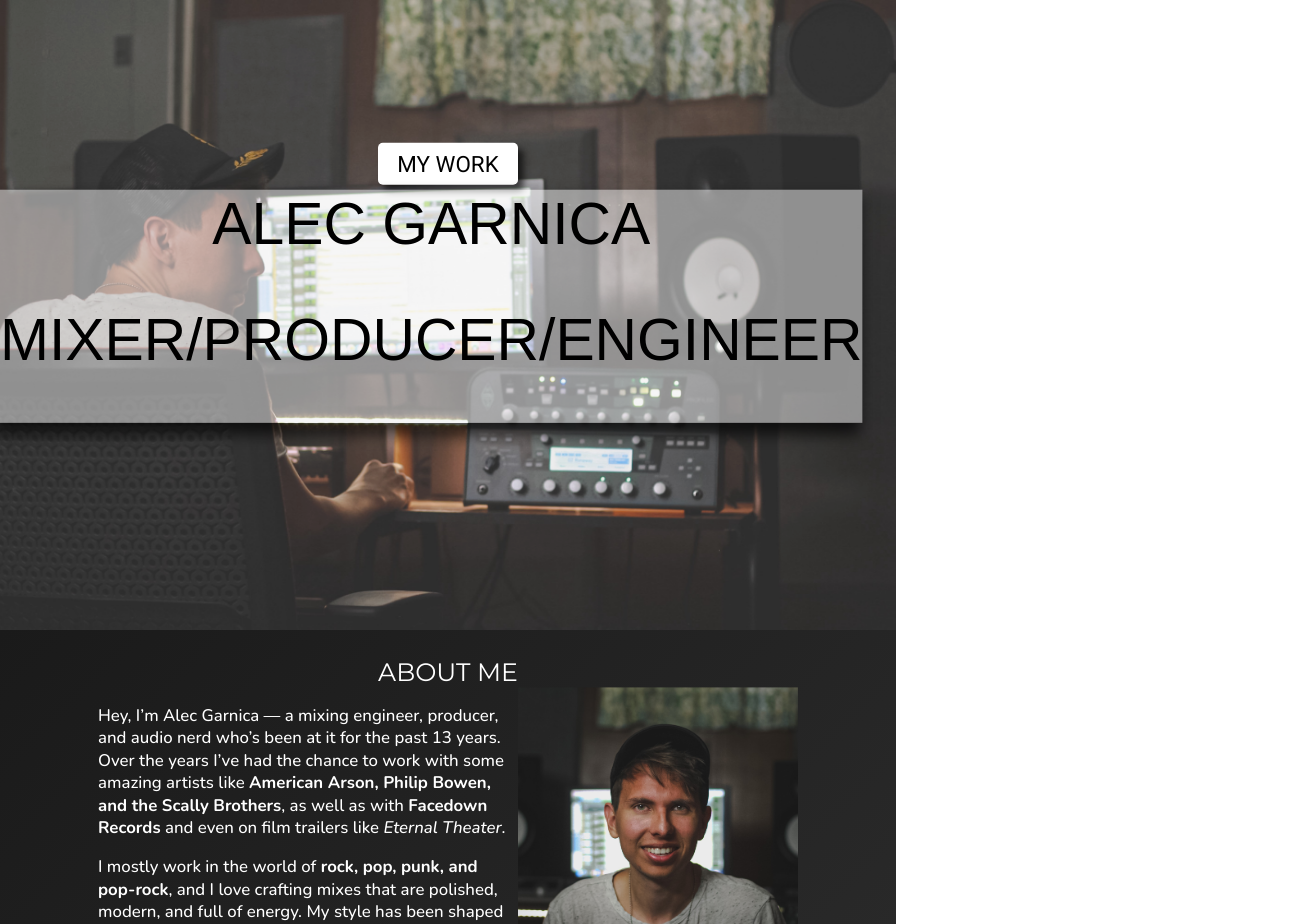
Repository: Aworminator/mixing-portfolio
Page: index.html
An editor plug-in stored every save of this project. The page is shown before and after the next save, followed by the edit.
The browser window is 1280 px wide. The page is 1280 px wide, then 1872 px, so the pictures cover 1872 px, including what lies to the right of the window. The pictures show the part of the page from y = 0 to 1320 px (the page is 6733 px tall), at 70% of full size.
Some web fonts or font styles are not loaded; a fallback is used.

Above is the page before, as saved 2025-09-02 15:07:41.
Console error: ReferenceError: emailjs is not defined

### index.html
<!DOCTYPE html>
<html lang="en">
  <head>
    <meta charset="UTF-8" />
    <meta name="viewport" content="width=device-width, initial-scale=1.0" />
    <title>Mixing Portfolio</title>
    <link rel="preconnect" href="https://fonts.googleapis.com" />
    <link rel="preconnect" href="https://fonts.gstatic.com" crossorigin />
    <link
      href="https://fonts.googleapis.com/css2?family=Gothic+A1:wght@100;200;300;400;500;600;700;800;900&family=Rock+Salt&family=Nunito:ital,wght@0,200..1000;1,200..1000&family=Montserrat:ital,wght@0,100..900;1,100..900&family=Caveat:wght@400..700&display=swap"
      rel="stylesheet"
    />
    <link
      href="https://fonts.googleapis.com/css2?family=Roboto:ital,wght@0,100..900;1,100..900&display=swap"
      rel="stylesheet"
    />
    <link rel="stylesheet" href="styles.css" />
    <link
      rel="stylesheet"
      href="https://cdnjs.cloudflare.com/ajax/libs/font-awesome/6.0.0/css/all.min.css"
      integrity="sha512-9usAa10IRO0HhonpyAIVpjrylPvoDwiPUiKdWk5t3PyolY1cOd4DSE0Ga+ri4AuTroPR5aQvXU9xC6qOPnzFeg=="
      crossorigin="anonymous"
      referrerpolicy="no-referrer"
    />
  </head>
  <body>
    <section class="home-page">
      <div class="container">
        <img
          src="./images/backShot.JPG"
          class="main-pic"
          alt="alecgarnica.com photo"
        />
        <div class="overlay">
          <h1 class="gothic-a1-regular">ALEC GARNICA</h1>
          <h2 class="gothic-a1-regular">MIXER/PRODUCER/ENGINEER</h2>
        </div>
      </div>
      <button class="work-button">MY WORK</button>
    </section>
    <section class="about-me">
      <div class="about-info">
        <h1>ABOUT ME</h1>
        <img src="./images/font-shot.JPG" class="front-shot" alt="" />
        <p>
          Hey, I’m Alec Garnica — a mixing engineer, producer, and audio nerd
          who’s been at it for the past 13 years. Over the years I’ve had the
          chance to work with some amazing artists like
          <strong>American Arson, Philip Bowen, and the Scally Brothers</strong
          >, as well as with <strong>Facedown Records</strong> and even on film
          trailers like <em>Eternal Theater</em>.
        </p>

        <p>
          I mostly work in the world of
          <strong>rock, pop, punk, and pop-rock</strong>, and I love crafting
          mixes that are polished, modern, and full of energy. My style has been
          shaped by learning under some legendary names in the industry like
          <strong>Chris Lord-Alge, Dave Hagen, and Tim Padalin</strong> — so I
          put the same level of care and punch into every project I take on.
        </p>

        <p>
          When I mix, my goal is simple:
          <strong>bring your song to life.</strong> I want it to have feel and
          soul, while still sounding massive and ready to compete in today’s
          music landscape.
        </p>

        <p>
          I work out of my studio just outside of Detroit, but thanks to the
          beauty of the internet, I collaborate with artists all over the world.
          Besides mixing, I also offer
          <strong>editing, backtracking synth production, and re-amping</strong>
          to help you get your songs exactly where you want them.
        </p>

        <p>
          At the end of the day, I’m here to make your music shine. Let’s make
          something incredible together.
        </p>
      </div>
    </section>
    <section class="audio-examples" id="work">
      <div class="audio-header">
        <h1 class="my-work">My Work</h1>
        <h2 class="Selected">(Selected Discography)</h2>
      </div>
      <div class="videos">
        <iframe
          max-width="700"
          max-height="400"
          src="https://www.youtube.com/embed/eqg1Gq4seWM?si=DX9P9PFpzfFowoa7"
          title="YouTube video player"
          frameborder="0"
          allow="accelerometer; autoplay; clipboard-write; encrypted-media; gyroscope; picture-in-picture; web-share"
          referre700licy="strict-origin-when-cross-origin"
          allowfullscreen
          class="video"
        ></iframe>
        <iframe
          max-width="700"
          max-height="400"
          src="https://www.youtube.com/embed/Iz-hEh3Y0hM?si=Wv5LKFF-jRccTdgM&amp;start=48"
          title="YouTube video player"
          frameborder="0"
          allow="accelerometer; autoplay; clipboard-write; encrypted-media; gyroscope; picture-in-picture; web-share"
          referrerpolicy="strict-origin-when-cross-origin"
          allowfullscreen
          class="video"
        ></iframe>
        <iframe
          max-width="700"
          max-height="400"
          src="https://www.youtube.com/embed/VA2vZEjnYfY?si=OQ5lfUXrBXHWdOYN"
          title="YouTube video player"
          frameborder="0"
          allow="accelerometer; autoplay; clipboard-write; encrypted-media; gyroscope; picture-in-picture; web-share"
          referrerpolicy="strict-origin-when-cross-origin"
          allowfullscreen
          class="video"
        ></iframe>
        <iframe
          max-width="700"
          max-height="400"
          src="https://www.youtube.com/embed/L9egLN9AOas?si=VhJ0fQgymm5FhAU1"
          title="YouTube video player"
          frameborder="0"
          allow="accelerometer; autoplay; clipboard-write; encrypted-media; gyroscope; picture-in-picture; web-share"
          referrerpolicy="strict-origin-when-cross-origin"
          allowfullscreen
          class="video"
        ></iframe>
      </div>

      <div class="audio">
        <div id="input"></div>
      </div>
      <a
        href="https://open.spotify.com/playlist/7I4emXAeLMEQLFu5VL2Gmp?si=4582652f148643d4"
        target="_blank"
        rel="noopener noreferrer"
        class="Discography"
      >
        Full Discography
        <img src="./images/spotify-icon.png" class="spotify" alt="Spotify" />
      </a>
    </section>

    <section class="contact">
      <div class="contact-form-container">
        <h1>Contact Me</h1>
        <form class="contact-form" id="contact-form" autocomplete="off">
          <div class="form-group">
            <label for="name">Name*</label>
            <input type="text" id="name" name="name" required />
          </div>
          <div class="form-group">
            <label for="email">Email*</label>
            <input type="email" id="email" name="email" required />
          </div>
          <div class="form-group">
            <label for="message">Message*</label>
            <textarea id="message" name="message" rows="5" required></textarea>
          </div>
          <button type="submit">Send</button>
        </form>
      </div>
    </section>

    <script src="script.js"></script>
    <script src="https://cdn.jsdelivr.net/npm/bootstrap@5.3.0-alpha1/dist/js/bootstrap.bundle.min.js"></script>
    <script
      type="text/javascript"
      src="https://cdn.jsdelivr.net/npm/@emailjs/browser@4/dist/email.min.js"
    ></script>
    <script type="text/javascript">
      (function () {
        emailjs.init({
          publicKey: "Av33DaVyg5wDM5N9s",
        });
      })();

      function sendEmail(event) {
        event.preventDefault();

        const serviceID = "service_x2fv1ji";
        const templateID = "template_xrm7y6m";

        emailjs
          .sendForm(
            serviceID,
            templateID,
            document.getElementById("contact-form")
          )
          .then(
            () => {
              alert("Message sent successfully!");
              document.getElementById("contact-form").reset();
            },
            (error) => {
              alert("Failed to send message. Please try again later.");
              console.error("EmailJS Error:", error);
            }
          );
      }

      document
        .getElementById("contact-form")
        .addEventListener("submit", sendEmail);
    </script>
  </body>
</html>

### styles.css
body,
html {
  margin: 0;
  padding: 0;
}

.rock-salt-regular {
  font-family: "Rock Salt", cursive;
  font-weight: 400;
  font-style: normal;
}

.gothic-a1-regular {
  font-family: "Gothic A1", sans-serif;
  font-weight: 500;
  font-style: normal;
}

p {
  font-family: "Nunito", sans-serif;
  font-optical-sizing: auto;
  font-weight: 500;
  font-style: normal;
}

h1,
h2,
h3 {
  font-family: "Montserrat", sans-serif;
  font-optical-sizing: auto;
  font-weight: 400;
  font-style: normal;
}

h3 {
  opacity: 80%;
}

.container {
  position: relative;
  display: inline-block;
  width: 100%;
}

.main-pic {
  /* position: absolute; */
  max-height: 900px;
  width: 100%;
  margin: 0 auto;
  object-fit: cover;
  height: 900px;
  z-index: -1;
  opacity: 90%;
}

.overlay {
  position: absolute;
  bottom: 300px;
  z-index: 1;
  font-size: 3.5em;
  text-align: center;
  background-color: rgba(255, 255, 255, 0.467);
  box-shadow: -8px 14px 20px 4px rgb(0 0 0 / 69%);
}

.home-page {
  max-height: 900px;
}

.about-me {
  position: relative;
  max-height: 900px;
  background: linear-gradient(135deg, #1a1a1a 0%, #2d2d2d 100%);
  margin: 0 auto;
  padding-top: 3%;
}

.about-info {
  color: white;
  font-size: 1.5em;
  width: 1000px;
  margin: 0 auto;
  padding-bottom: 50px;
}

.videos {
  margin: 0 auto;
  font-size: 2em;
  display: flex;
  flex-direction: row;
  flex-wrap: wrap;
  gap: 40px;
  justify-content: center;
}

.my-work {
  font-size: 3em;
  text-align: center;
}

.Selected {
  text-align: center;
  opacity: 70%;
  position: relative;
  bottom: 15px;
}

.front-shot {
  float: right;
  height: 400px;
  width: 400px;
  object-fit: cover;
  aspect-ratio: 1 / 1;
}

.work-button {
  position: relative;
  bottom: 700px;
  display: flex;
  justify-content: center;
  align-items: center;
  text-align: center;
  font-size: 2em;
  background-color: rgb(255, 255, 255);
  width: 200px;
  height: 60px;
  border-radius: 7px;
  margin: 0 auto;
  box-shadow: 8px 9px 10px rgb(0 0 0 / 65%);
  font-family: "Roboto", sans-serif;
  font-optical-sizing: auto;
  font-weight: 400;
  font-style: normal;
  font-variation-settings: "wdth" 100;
  border: none;
  cursor: pointer;
  color: inherit;
}

.work-button:hover {
  transform: scale(1.1);
}

.work-button:active {
  transform: scale(0.9);
}

.card {
  height: 500px;
  width: 300px;
  border: 2px solid black;
  background-color: rgb(255, 255, 255);
  background: url("https://www.patternpictures.com/wp-content/uploads/Crumpled-white-paper-texture-background.jpg");
  background-color: rgba(255, 255, 255, 0.775);
  background-blend-mode: lighten;
  box-shadow: 5px 10px 20px 0 rgba(0, 0, 0, 0.535);
  border-radius: 10px;
  margin: 90px;
  display: flex;
  flex-direction: column;
  justify-content: flex-start;
  align-items: center;
  flex-wrap: wrap;
  z-index: 1;
}

h1 {
  text-align: center;
  margin: 0 auto;
}

h4 {
  font-family: "Caveat";
  font-optical-sizing: auto;
  font-weight: 400;
  font-style: normal;
  text-shadow: 2px 5px 6px rgba(0, 0, 0, 0.18);
}

#input {
  display: flex;
  justify-content: center;
  flex-direction: column;
  flex-wrap: wrap;
}

.audio {
  display: flex;
  flex-direction: column;
  justify-content: flex-start;
  margin-top: 50px;
}

.album-artwork {
  height: 300px;
  width: 300px;
  border-radius: 10px 10px 0 0;
  position: relative;
}

.card-info {
  display: flex;
  flex-direction: row;
  justify-content: space-around;
  width: 200px;
  margin-top: 10px;
  margin-bottom: 0;
  position: relative;
}

.band-info {
  border-radius: 10px;
  padding: 5px 10px;
  height: 100px;
  width: 200px;
  display: flex;
  flex-direction: column;
  align-items: flex-start;
  font-size: 0.9em;
  text-align: left;
}

.album-title {
  position: relative;
  bottom: 15px;
}

.link {
  text-decoration: none;
  color: black;
}

.link:hover {
  text-decoration: underline;
  transform: scale(1.05);
}

@keyframes move-words {
  0% {
    left: 100%;
  }
  100% {
    left: -100%;
  }
}

.fa-pause,
.fa-play {
  font-size: 2em;
  position: relative;
  right: 12px;
}

.fa-play:active {
  font-size: 2em;
  position: relative;
  transform: scale(0.8);
}

.player {
  display: flex;
  flex-direction: row;
  align-items: center;
  justify-content: center;
  padding: 10px 0 0 0;
  margin-bottom: 25px;
}

.progress-bar {
  background-color: white;
  border-radius: 40px;
  color: black;
  width: 150px;
  height: 12px;
  border: 1px solid rgb(221, 144, 99);
}

.progress {
  background-color: rgb(244, 164, 117);
  border-radius: 40px;
  height: 100%;
  width: 0%;
}

/* Contact Section Styles */
.contact {
  background: linear-gradient(135deg, #1a1a1a 0%, #2d2d2d 100%);
  padding: 80px 20px;
  min-height: 600px;
  display: flex;
  align-items: center;
  justify-content: center;
}

.contact-form-container {
  background: rgba(255, 255, 255, 0.95);
  border-radius: 15px;
  padding: 50px 40px;
  box-shadow: 0 20px 40px rgba(0, 0, 0, 0.3);
  max-width: 600px;
  width: 100%;
  backdrop-filter: blur(10px);
  border: 1px solid rgba(255, 255, 255, 0.2);
}

.contact-form-container h1 {
  color: #2d2d2d;
  font-size: 2.5em;
  text-align: center;
  margin-bottom: 40px;
  font-weight: 700;
  letter-spacing: 1px;
}

.contact-form {
  display: flex;
  flex-direction: column;
  gap: 25px;
}

.form-group {
  display: flex;
  flex-direction: column;
  gap: 8px;
}

.form-group label {
  font-family: "Montserrat", sans-serif;
  font-weight: 600;
  color: #333;
  font-size: 1.1em;
  letter-spacing: 0.5px;
}

.form-group input,
.form-group textarea {
  padding: 15px 20px;
  border: 2px solid #e0e0e0;
  border-radius: 10px;
  font-family: "Nunito", sans-serif;
  font-size: 1em;
  background: #fafafa;
  transition: all 0.3s ease;
  outline: none;
}

.form-group input:focus,
.form-group textarea:focus {
  border-color: #4a90e2;
  background: white;
  box-shadow: 0 0 0 3px rgba(74, 144, 226, 0.1);
  transform: translateY(-2px);
}

.form-group textarea {
  resize: vertical;
  min-height: 120px;
  font-family: "Nunito", sans-serif;
}

.contact-form button {
  background: linear-gradient(135deg, #4a90e2 0%, #357abd 100%);
  color: white;
  border: none;
  padding: 18px 30px;
  border-radius: 10px;
  font-family: "Montserrat", sans-serif;
  font-size: 1.2em;
  font-weight: 600;
  cursor: pointer;
  transition: all 0.3s ease;
  margin-top: 15px;
  letter-spacing: 1px;
  text-transform: uppercase;
}

.contact-form button:hover {
  transform: translateY(-3px);
  box-shadow: 0 10px 25px rgba(74, 144, 226, 0.4);
  background: linear-gradient(135deg, #357abd 0%, #2968a3 100%);
}

.contact-form button:active {
  transform: translateY(-1px);
  box-shadow: 0 5px 15px rgba(74, 144, 226, 0.3);
}

/* Discography Button Styles (matching send button) */
.Discography {
  background-color: black;
  color: white;
  border: none;
  padding: 18px 30px;
  border-radius: 10px;
  font-family: "Montserrat", sans-serif;
  font-size: 1.2em;
  font-weight: 600;
  cursor: pointer;
  transition: all 0.3s ease;
  margin: 30px auto;
  letter-spacing: 1px;
  text-transform: uppercase;
  display: flex;
  align-items: center;
  justify-content: center;
  gap: 10px;
  text-decoration: none;
  width: fit-content;
}

.Discography:hover {
  transform: translateY(-3px);
  box-shadow: 0 10px 25px rgba(74, 144, 226, 0.4);
  background: linear-gradient(135deg, #357abd 0%, #2968a3 100%);
  color: white;
}

.Discography:active {
  transform: translateY(-1px);
  box-shadow: 0 5px 15px rgba(74, 144, 226, 0.3);
}

.spotify {
  height: 50px;
  width: 50px;
  margin-left: 15px;
}

/* Responsive Design for Contact Form */
@media screen and (max-width: 768px) {
  .main-pic {
    width: 100%;
    margin: 0 auto;
    object-fit: cover;
    height: 400px;
    z-index: -1;
    opacity: 90%;
  }

  .overlay {
    bottom: 250px;
    font-size: 0.9em;
    padding: 0 7px;
    margin: 0 auto;
  }

  .work-button {
    position: relative;
    bottom: 200px;
    display: flex;
    justify-content: center;
    align-items: center;
    text-align: center;
    font-size: 1em;
    background-color: rgb(255, 255, 255);
    width: 100px;
    height: 30px;
  }

  .about-me {
    min-height: 1100px;
    background: linear-gradient(135deg, #1a1a1a 0%, #2d2d2d 100%);
    margin: 0 auto;
    padding-top: 3%;
  }

  .about-info {
    color: white;
    border: 2px solid rgba(255, 255, 255, 0.473);
    font-size: 1.1em;
    width: 90%;
    margin: 0 auto;
    padding: 10px;
  }

  .front-shot {
    height: 175px;
    width: 175px;
  }

  .audio-header {
    font-size: 0.8em;
    margin-top: 20px;
  }

  .card {
    height: 500px;
    width: 300px;
  }

  .contact {
    padding: 60px 15px;
  }

  .contact-form-container {
    padding: 40px 25px;
    margin: 0 10px;
  }

  .contact-form-container h1 {
    font-size: 2em;
    margin-bottom: 30px;
  }

  .form-group input,
  .form-group textarea {
    padding: 12px 15px;
  }

  .contact-form button {
    padding: 15px 25px;
    font-size: 1.1em;
  }
}

@media screen and (min-width: 768px) {
  #input {
    display: flex;
    flex-direction: row;
    justify-content: space-around;
  }

  .videos {
    display: flex;
    flex-direction: row;
    justify-content: center;
    flex-wrap: wrap;
  }

  .video {
    height: 400px;
    width: 700px;
  }
}

### script.js
let songs = [
  {
    albumArt:
      "https://facedownrecords.com/wp-content/uploads/2023/09/FCD195-3000.jpg",
    artist: "American Arson",
    song: "The Heat |: Run",
    name: "Run - American Arson.wav",
    artistLink:
      "https://open.spotify.com/artist/7cl9j0U54gBxbcGO7zXXs2?si=Y8YFn_WdRy2WaXkD7kTK9A",
    songLink:
      "https://open.spotify.com/track/4LscxvJWC9iHOBJmns7oVh?si=cf5a5d8cefe242de",
  },
  {
    albumArt:
      "https://i.scdn.co/image/ab67616d0000b27369a57afe6b668fe34d4e9914",
    artist: "Philip Bowen",
    song: "Better Way",
    name: "Fireflies - Camino Kid.wav",
    artistLink:
      "https://open.spotify.com/artist/3Mm4P393IFVqIQDmL691G9?si=A1uk_0hjSPOLajqtXdFjjQ",
    songLink:
      "https://open.spotify.com/track/2iAruT7aaz0of7HgP6AXJ5?si=48f3d1c8590f4527",
  },
  {
    albumArt:
      "https://i.scdn.co/image/ab67616d00001e02c0d49229ee1521c01ba40c3e",
    artist: "Chery Blossom Club",
    song: "Astray",
    name: "All Is Well - Jared Withrow.wav",
    artistLink:
      "https://open.spotify.com/artist/7LDoytlH8MNe9zu2VIu5uB?si=W9AvoN22T46V6yPUWuvBdA",
    songLink:
      "https://open.spotify.com/track/77lonoP2aKYjy99jGNJf3r?si=8c8acfcdc6ff47a3",
  },
  {
    albumArt:
      "https://i.scdn.co/image/ab67616d00001e02066f1a88ce4c1492f016dc33",
    artist: "Jared Withrow",
    song: "All Is Well",
    name: "All Is Well - Jared Withrow.wav",
    artistLink:
      "https://open.spotify.com/artist/5HWM1z6NnHcvOnUeLcCAKn?si=47omOcpARfSCEVpzm1sS9w",
    songLink:
      "https://open.spotify.com/track/60aH38LMrZZam1xIewtDBR?si=670e49b3f44149bb",
  },
  {
    albumArt: "./images/albums/caminoKid.jpg",
    artist: "Camino Kid",
    song: "Fireflies(Cover)",
    name: "Fireflies - Camino Kid.wav",
    artistLink:
      "https://open.spotify.com/artist/5Dm6l5ypjnBRX4r3o2vzkZ?si=yQY43V2TQ06EWhuZaBigIg",
    songLink:
      "https://open.spotify.com/track/2ckxbqWp45dph2w9lZHEuz?si=ac1ee9025897455e",
  },
  {
    albumArt:
      "https://www.shazam.com/mkimage/image/thumb/Music122/v4/09/7e/41/097e41aa-4970-2849-a3a6-7e0279f900af/artwork.jpg/375x375bb.webp",
    artist: "The Scally Brothers",
    song: "Lion and the Lamb",
    name: "Fireflies - Camino Kid.wav",
    artistLink:
      "https://open.spotify.com/artist/1zxZJBr1JIL8X4zDvpkFos?si=ZAqeO_ZFRFWOyXo424s7Ng",
    songLink:
      "https://open.spotify.com/track/74FoVUSj3mCoDl6XZTojDW?si=b75b83345caf4865",
  },
];

let input = document.querySelector("#input");

function updateProgress(e, songName) {
  let { currentTime, duration } = e.srcElement;
  const progressPercentage = (currentTime / duration) * 100;
  document.getElementById(
    `progress-${songName}`
  ).style.width = `${progressPercentage}%`;

  const playBtn = document.getElementById(`playBtn-${songName}`);
  if (currentTime === duration) {
    playBtn.classList.add("fa-play");
    playBtn.classList.remove("fa-pause");
  } else {
    playBtn.classList.add("fa-pause");
    playBtn.classList.remove("fa-play");
  }
}

function setProgress(e, songName) {
  const width = e.currentTarget.clientWidth;
  const clickX = e.offsetX;
  const audio = document.getElementById(`audio-${songName}`);
  const duration = audio.duration;

  audio.currentTime = (clickX / width) * duration;
}

function playAudio(songName) {
  const audio = document.getElementById(`audio-${songName}`);
  audio.play();
}

function pauseAudio(songName) {
  const audio = document.getElementById(`audio-${songName}`);
  audio.pause();
}

songs.forEach((song) => {
  const card = document.createElement("div");
  card.classList.add("card");
  card.innerHTML = `
    <img class="album-artwork" src="${song.albumArt}" alt="">
    <div class="mp3">
      <div class="band-info">
        <a href="${song.songLink}" class="link"><h1 class="band-name">${song.song}</h1></a>
        <a href="${song.artistLink}" class="link"><h3 class="album-title">${song.artist}</h3></a>
      </div>
      <div class="player">
        <i class="fa-solid fa-play" id="playBtn-${song.name}" onclick="toggleAudio('${song.name}')"></i>
        <audio preload="metadata" id="audio-${song.name}" src="./audio/${song.name}"></audio>
        <div class="progress-bar" id="progress-bar-${song.name}">
          <div class="progress" id="progress-${song.name}"></div>
        </div>
      </div>
    </div>
  `;
  input.appendChild(card);

  const audio = document.getElementById(`audio-${song.name}`);
  const progressBar = document.getElementById(`progress-bar-${song.name}`);

  audio.addEventListener("timeupdate", (e) => updateProgress(e, song.name));
  progressBar.addEventListener("click", (e) => setProgress(e, song.name));
});

function toggleAudio(songName) {
  const audio = document.getElementById(`audio-${songName}`);
  const playBtn = document.getElementById(`playBtn-${songName}`);

  if (audio.paused || audio.ended) {
    playAudio(songName);
    playBtn.classList.remove("fa-play");
    playBtn.classList.add("fa-pause");
  } else {
    pauseAudio(songName);
    playBtn.classList.remove("fa-pause");
    playBtn.classList.add("fa-play");
  }

  audio.onpause = () => {
    playBtn.classList.remove("fa-pause");
    playBtn.classList.add("fa-play");
  };
  audio.onplay = () => {
    playBtn.classList.remove("fa-play");
    playBtn.classList.add("fa-pause");
  };
}

After the next save:
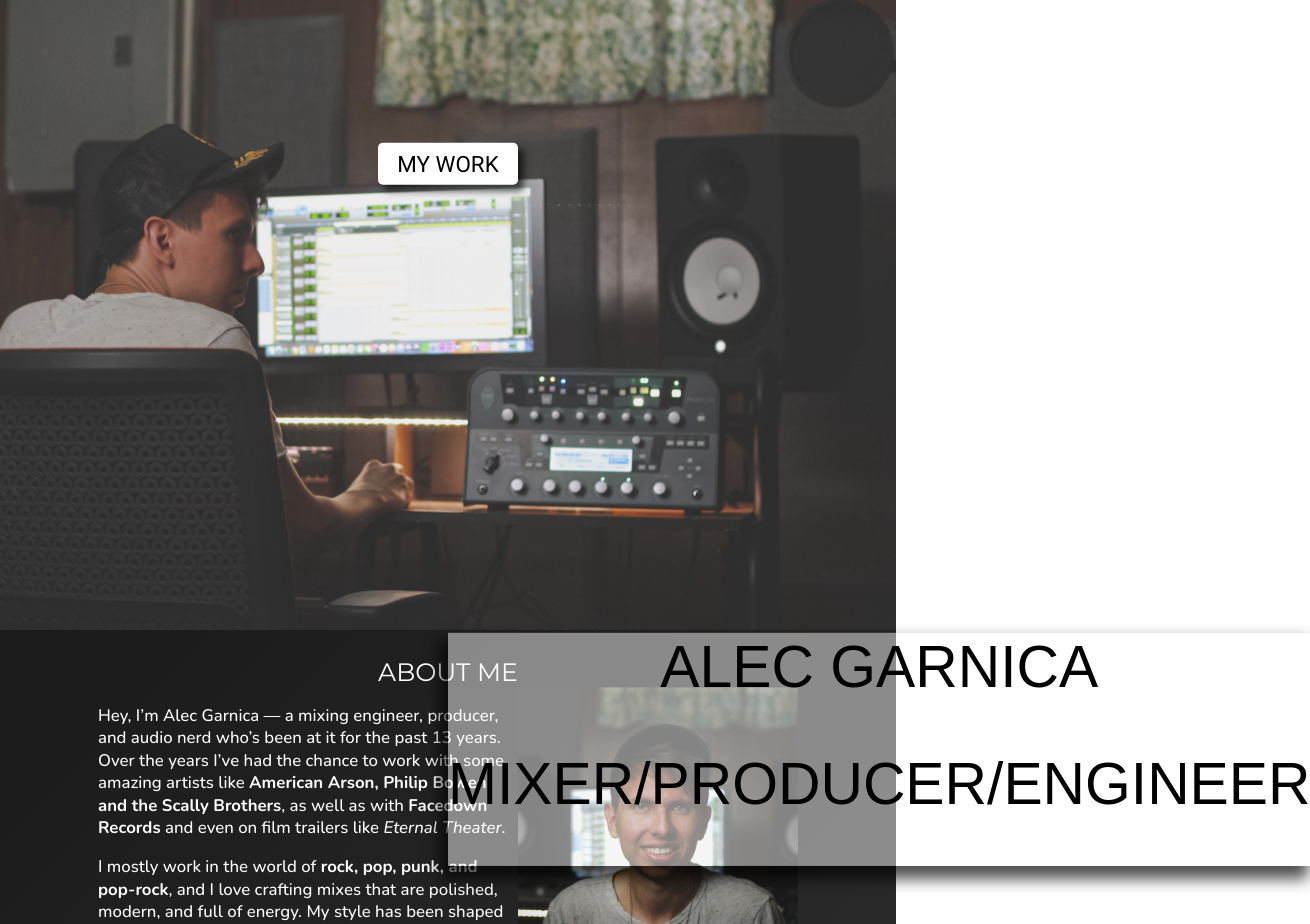
Saved 19 s later.
--- a/styles.css
+++ b/styles.css
@@ -55,7 +55,8 @@ h3 {
 
 .overlay {
   position: absolute;
-  bottom: 300px;
+  left: 50%;
+
   z-index: 1;
   font-size: 3.5em;
   text-align: center;
